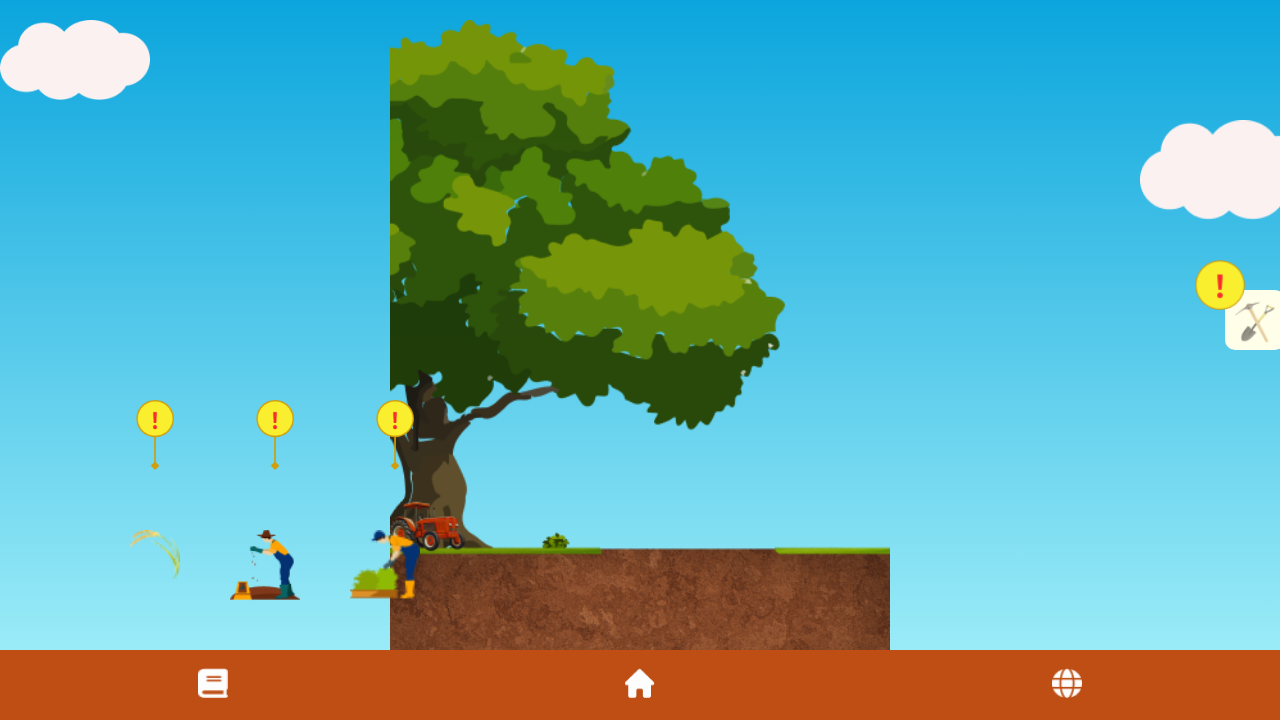
Repository: kobuchisouta/kome-app
Page: /
These files come from the project's save history. The page is drawn as it stood at one moment and after the next save; the edit follows.
The browser window is 1280 px wide. The pictures show the whole page.
The project was rebuilt for these pictures with package versions that can differ from the ones it lists, and the page was loaded fresh each time. The framework's server and built-in components were replaced by stand-ins that run in the browser. Also part of the build but not shown: next.config.ts.

Above is the page before, as saved 2025-01-29 11:16:26.

### src/app/layout.tsx
import type { Metadata } from "next";
import localFont from "next/font/local";
import "./globals.css";
import Footer from "./components/footer/Footer";

const geistSans = localFont({
  src: "./fonts/GeistVF.woff",
  variable: "--font-geist-sans",
  weight: "100 900",
});
const geistMono = localFont({
  src: "./fonts/GeistMonoVF.woff",
  variable: "--font-geist-mono",
  weight: "100 900",
});

export const metadata: Metadata = {
  title: "Create Next App",
  description: "Generated by create next app",
};

export default function RootLayout({
  children,
}: Readonly<{
  children: React.ReactNode;
}>) {
  return (
    <html lang="ja">
      <body>
        <header>
        </header>
        <main>

          {children}
        </main>
        <Footer />
      </body>
    </html>

  );
}

### src/app/page.tsx
"use client";
import Head from 'next/head';
import Image from 'next/image';
import { useState } from 'react';
import styles from './page.module.css'; // モジュールCSS
import Link from 'next/link';

export default function Home() {
  const [isModalOpen, setIsModalOpen] = useState(false);

  const openModal = () => setIsModalOpen(true);
  const closeModal = () => setIsModalOpen(false);

  return (
    <>
      <Head>
        <title>米⭐︎すたー</title>
        <meta name="viewport" content="width=device-width,initial-scale=1.0,minimum-scale=1.0" />
        <meta name="description" content="ここに説明文を設定" />
      </Head>

      <main className={styles.main}>
        <div className={styles.contents}>
          <div className={styles.clouds}>
            <p className={styles.cloud1}>
              <Image src="/cloud1.png" alt="雲" width={150} height={80} />
            </p>
            <p className={styles.cloud2}>
              <Image src="/cloud2.png" alt="雲" width={170} height={100} />
            </p>
          </div>

          <div className={styles.tools}>
            <div className={styles.toolBar}>
              <p>
                <Image src="/tools.png" alt="道具" width={50} height={50} />
              </p>
            </div>
            <div className={styles.lookUp}>
              <p>
                <Image src="/pickup.png" alt="見て" width={50} height={50} />
              </p>
            </div>
          </div>

          <div className={styles.stages}>
            <div className={styles.stagePick}>
              <a className={`${styles.stage} ${styles.modalOpen}`} onClick={openModal}>
                <Image src="/pick.png" alt="クリック" width={70} height={70} />
              </a>
              <a className={`${styles.stage} ${styles.modalOpen}`} onClick={openModal}>
                <Image src="/pick.png" alt="クリック" width={70} height={70} />
              </a>
              <a className={`${styles.stage} ${styles.modalOpen}`} onClick={openModal}>
                <Image src="/pick.png" alt="クリック" width={70} height={70} />
              </a>
            </div>

            {isModalOpen && (
              <div className={styles.modal}>
                <div className={styles.modalInner}>
                  <div className={styles.modalContent}>
                    <div className={styles.modalHeader}>
                      <h1>土地選びと購入準備</h1>
                    </div>
                    <div className={styles.modalBody}>
                      <Link href={"/home"}>エリア調査</Link>
                      <Link href={"/home"}>土地の購入</Link>
                      <a href="#">土地の整地</a>
                      <a href="#">水利権の確認</a>
                      <a href="#">情報収集</a>
                    </div>
                    <div className={styles.modalFooter}>
                      <span className={styles.modalClose} onClick={closeModal}>
                        閉じる
                      </span>
                    </div>
                  </div>
                </div>
              </div>
            )}

            <div className={styles.stageImg}>
              <a className={styles.stage1} >
                <Image src="/ine.png" alt="稲" width={50} height={50} />
              </a>
              <a className={styles.stage2}>
                <Image src="/makimaki.png" alt="田植え" width={70} height={70} />
              </a>
              <a className={styles.stage3}>
                <Image src="/sawasawa.png" alt="手入れ" width={70} height={70} />
              </a>
            </div>
          </div>
        </div>
      </main>
    </>
  );
}

### src/app/globals.css
* {
	margin: 0;
	padding: 0;
	box-sizing: border-box;
}
body {
	color: var(--foreground);
	background: var(--background);
	font-family: Arial, Helvetica, sans-serif;
	-webkit-font-smoothing: antialiased;
	-moz-osx-font-smoothing: grayscale;
	display: flex;
	flex-direction: column;
	width: 100%;
	height: 100%;
	margin: 0 auto;
}

* {
	box-sizing: border-box;
	text-decoration: none;
	list-style: none;
}

html {
	width: 100%;
	height: 100vh;
}

### src/app/components/footer/Footer.tsx

import Image from 'next/image';
import styles from './style.module.css';

export default function Footer() {
    return (
        <footer className={styles.footer}>
            <a href='/book' className={styles.book}>
                <Image src="/book.png" alt="book" width={30} height={30} />
            </a>
            <a href='/' className={styles.home}>
                <Image src="/house.png" alt="house" width={30} height={30} />
            </a>
            <a href='/news' className={styles.globe}>
                <Image src="/globe.png" alt="globe" width={30} height={30} />
            </a>
        </footer>
    );
}

### src/app/page.module.css
.main {
	background: url("/tree.png"), linear-gradient(#0ba5dd 0%, #aaf3fa 100%);
	background-repeat: no-repeat, no-repeat;
	background-position: bottom, center; /* 画像を中央に配置 */
	background-size: 500px 700px, auto; /* グラデーションは自動サイズ、画像はカバー */
	width: 100%;
	height: 100vh;
	position: fixed;
}

.contents {
	z-index: 100;
}

.clouds {
	.cloud1 {
		position: absolute;
		top: 20px;
	}

	.cloud2 {
		position: absolute;
		top: 120px;
		right: -30px;
	}
}
.tools {
	background: #fffee9;
	border-radius: 10px;
	width: 60px;
	height: 60px;
	position: absolute;
	right: -5px;
	top: 290px;

	.toolBar img {
		position: absolute;
		top: 8px;
		left: 4px;
	}

	.lookUp img {
		position: absolute;
		left: -30px;
		top: -30px;
	}
}

.stages {
	.stageImg {
		position: relative;
		display: flex;
		gap: 50px;
		top: 530px;
		left: 130px;
	}

	.stagePick {
		position: absolute;
		bottom: 220px;
		left: 120px;
		display: flex;
		gap: 20px;
		align-items: flex-end;
		background-color: transparent; /* 必要に応じて透明に設定 */
	}
	.stagePick:hover {
		animation: poyopoyo 2s ease-out infinite;
		opacity: 1;
	}
	@keyframes poyopoyo {
		0%,
		40%,
		60%,
		80% {
			transform: scale(1.0);
		}
		50%,
		70% {
			transform: scale(0.95);
		}
	}

	.stagePick {
		background-color: none;
	}

	.stage {
		position: relative;
		width: 100px;
		height: 100px;
	}
	.stage img {
		position: absolute;
		object-fit: contain;
	}
}

.modal {
	position: fixed;
	top: 0;
	left: 0;
	width: 100%;
	height: 100%;
	background-color: rgba(0, 0, 0, 0.5);
	display: flex;
	justify-content: center;
	align-items: center;
	z-index: 1000;
}

.modalInner {
	background-color: #f2ac3b;
	padding: 20px;
	border-radius: 10px;
	width: 80%;
	max-width: 500px;
}

.modalHeader,
.modalBody,
.modalFooter {
	margin-bottom: 10px;
	display: flex;
	justify-content: center;
	align-items: center;
	flex-direction: column;
	gap: 10px;
}

.modalHeader h1 {
	color: #fff;
	font-size: 1.5rem;
}

.modalBody a {
	color: #fff;
	border: #fff solid 1px;
	width: 100%;
	height: 50px;
	font-weight: bold;
	text-align: center;
	line-height: 50px;
	border-radius: 8px;
}

.modalClose {
	width: 150px;
	height: 50px;
	border-radius: 8px;
	text-align: center;
	line-height: 50px;
	background: #fff;
}
@keyframes modalopen {
	from {
		opacity: 0;
	}
	to {
		opacity: 1;
	}
}

.modal-header h1 {
	margin: 1rem 0;
}

.modal-close {
	font-size: 1.8rem;
}

.modal-close:hover {
	cursor: pointer;
}

### src/app/components/footer/style.module.css
.footer {
	width: 100%;
	height: 70px;
	display: flex;
	justify-content: space-around;
	align-items: center;
	background: #be4e14;
	z-index: 100;
	position: fixed;
	bottom: 0;
}

After the next save:
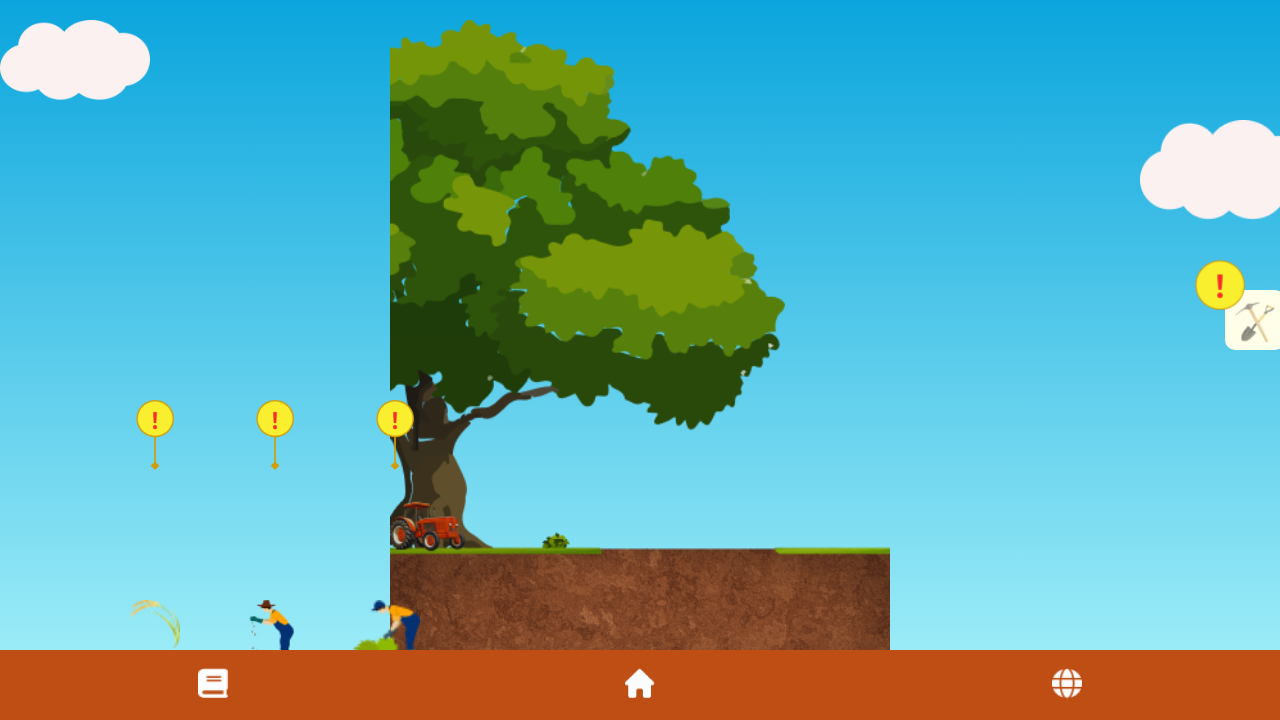
Saved 5 s later.
--- a/src/app/page.module.css
+++ b/src/app/page.module.css
@@ -51,7 +51,7 @@
 		position: relative;
 		display: flex;
 		gap: 50px;
-		top: 530px;
+		top: 600px;
 		left: 130px;
 	}
 
